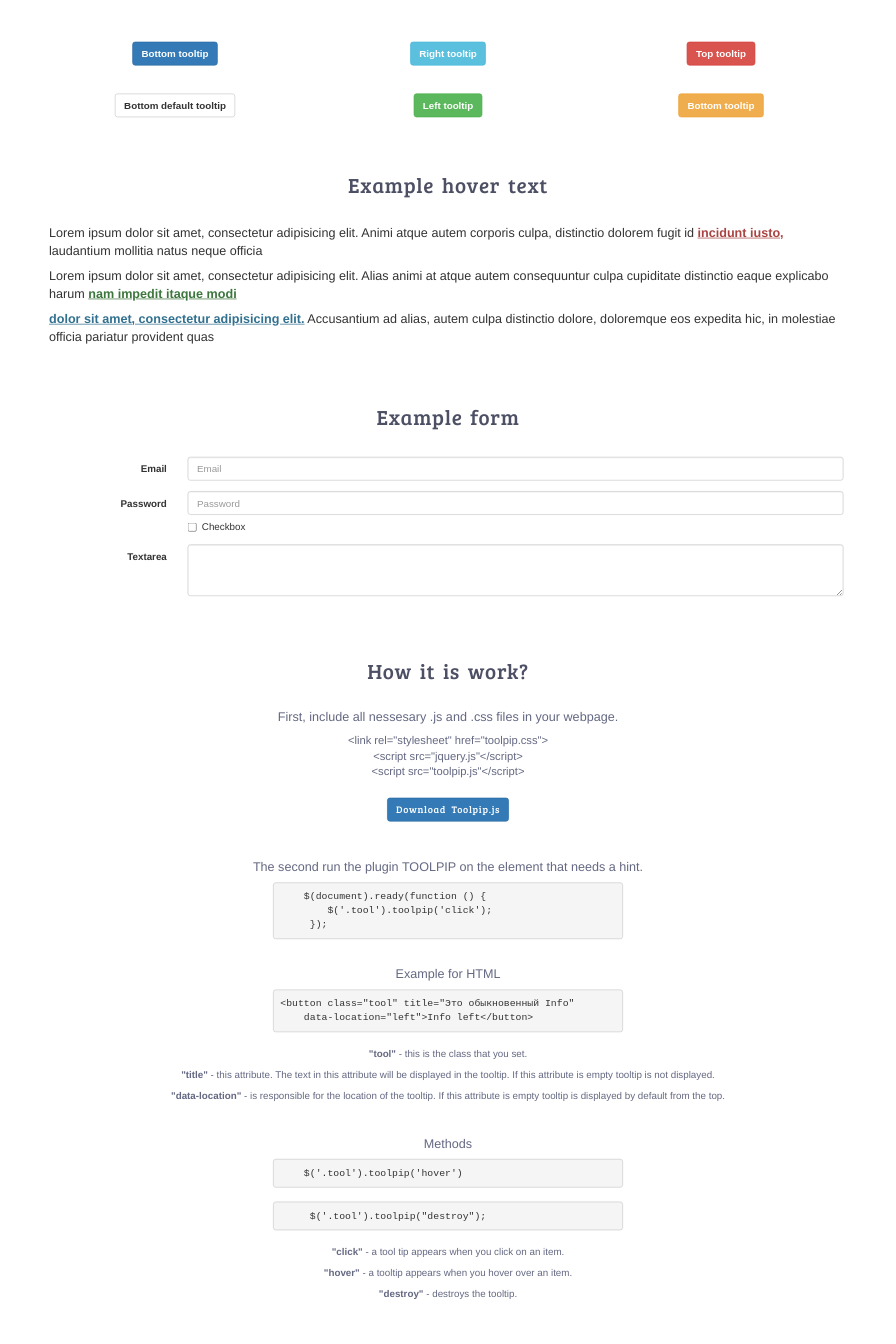
Repository: Raz-Dva/Toolpip-plugin
Page: index.html
An editor plug-in stored every save of this project. The page is shown before and after the next save, followed by the edit.
The browser window is 1280 px wide. The pictures show the part of the page from y = 992 to 2912 px (the page is 3231 px tall before and 3258 px after), at 70% of full size.

Above is the page before, as saved 2021-10-21 11:07:32.

After the next save:
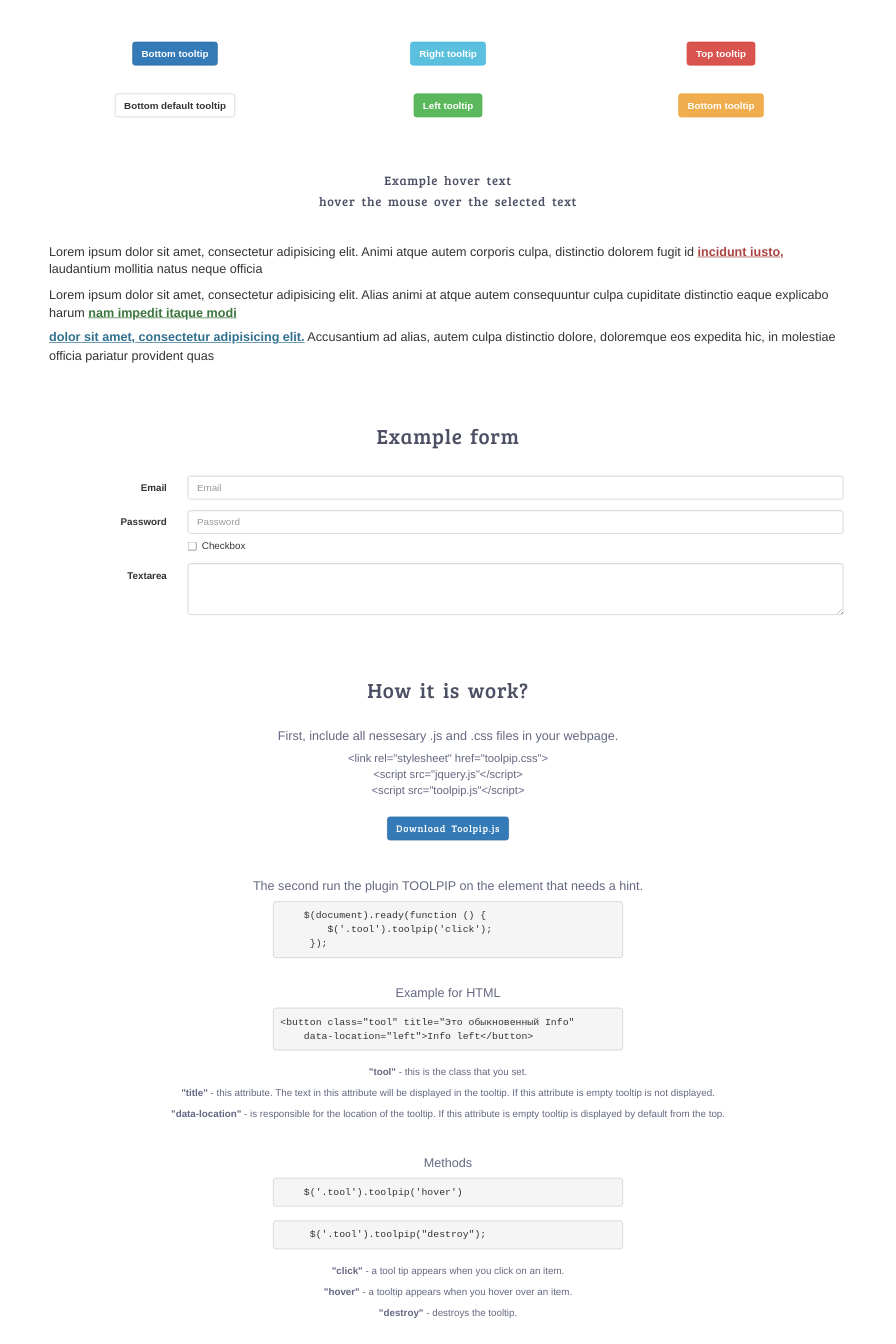
Saved 65 s later.
--- a/index.html
+++ b/index.html
@@ -215,7 +215,8 @@
           <div class="row">
             <div class="col-sm-12">
               <h2 class="regular-head advantages-head text-center">
-                Example hover text
+                <p>Example hover text</p>
+                <p>hover the mouse over the selected text</p>
               </h2>
             </div>
             <div class="col-sm-12 example-text">
